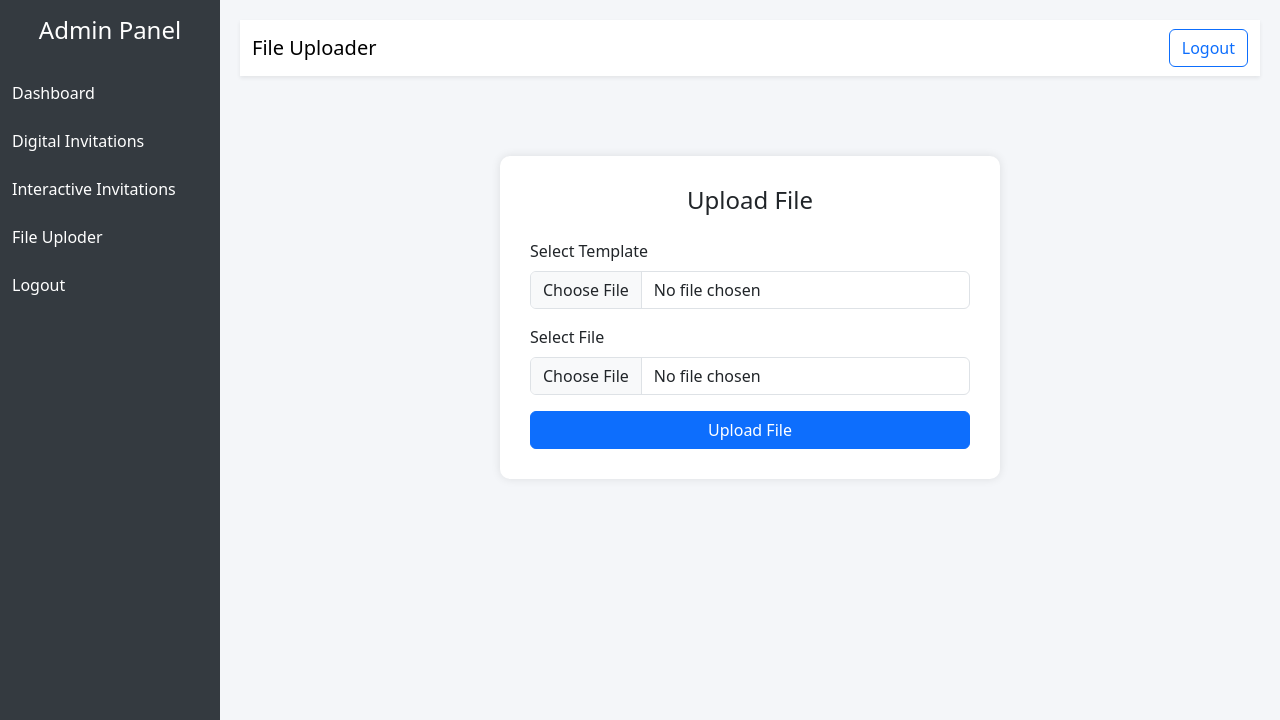
Repository: viraj7551/Flying-Invite-Project
Page: http://localhost/Admin03/file_uploader.jsp
These files come from the project's save history. The page is drawn as it stood at one moment and after the next save; the edit follows.
The browser window is 1280 px wide. The pictures show the whole page.
Some web fonts or font styles are not loaded; a fallback is used. The page is served by Tomcat 9. Other server files are loaded and not shown.

Above is the page before, as saved 2026-05-24 03:20:53.

### Admin03/WebContent/file_uploader.jsp
<!DOCTYPE html>
<html lang="en">
<head>
<meta charset="UTF-8">
<meta name="viewport" content="width=device-width, initial-scale=1.0">

<title>File Uploader</title>
<link rel="preconnect" href="https://fonts.googleapis.com">

<link
	href="https://fonts.googleapis.com/css2?family=Grey+Qo&family=Poppins:ital,wght@0,100;0,200;0,300;0,400;0,500;0,600;0,700;0,800;0,900;1,100;1,200;1,300;1,400;1,500;1,600;1,700;1,800;1,900&display=swap"
	rel="stylesheet">

<!-- Bootstrap CSS -->
<link href="https://cdn.jsdelivr.net/npm/bootstrap@5.3.2/dist/css/bootstrap.min.css" rel="stylesheet">

<style>

body{
background:#f4f6f9;
}

/* Sidebar */
.sidebar{
height:100vh;
background:#343a40;
color:white;
position:fixed;
width:220px;
}

.sidebar a{
color:white;
text-decoration:none;
display:block;
padding:12px;
}

.sidebar a:hover{
background:#495057;
}

/* Content */
.content{
margin-left:220px;
padding:20px;
}

/* Cards */
.card-box{
border-radius:10px;
color:white;
padding:20px;
}

.bg-blue{background:#0d6efd;}
.bg-green{background:#198754;}
.bg-orange{background:#fd7e14;}
.bg-red{background:#dc3545;}

.form-container{
max-width:600px;
margin:auto;
margin-top:60px;
padding:30px;
background:white;
border-radius:10px;
box-shadow:0 0 10px rgba(0,0,0,0.1);
}

.upload-box{
max-width:500px;
margin:80px auto;
padding:30px;
background:white;
border-radius:10px;
box-shadow:0 0 10px rgba(0,0,0,0.1);
}


/* Mobile */
@media(max-width:768px){

.sidebar{
position:relative;
width:100%;
height:auto;
}

.content{
margin-left:0;
}

}
</style>


</head>

<body>

<div class="sidebar">

<h4 class="text-center py-3">Admin Panel</h4>

<a href="dashboard.jsp">Dashboard</a>
<a href="digital_invitation.jsp">Digital Invitations</a>
<a href="interactive_invitation.jsp">Interactive Invitations</a>
<a href="#">File Uploder</a>
<a href="administrator.jsp">Logout</a>

</div>


<div class="content">

<!-- Navbar -->

<nav class="navbar navbar-light bg-white shadow-sm mb-4">
<div class="container-fluid">

<span class="navbar-brand">File Uploader</span>

<a href="administrator.jsp" class="btn btn-outline-primary">Logout</a>

</div>
</nav>



 <!-- ----------------- Form starts here -->

<div class="container">

<div class="upload-box">

<h4 class="text-center mb-4">Upload File</h4>

<form action="FileUploader" method="post" enctype="multipart/form-data">

 <div class="mb-3">
  <label class="form-label">Select Template</label>
      <input type="file" name="file" class="form-control" required>
  </div>


<div class="mb-3">
<label class="form-label">Select File</label>
<input type="file" name="file" class="form-control" required>
</div>

<div class="d-grid">
<button class="btn btn-primary">Upload File</button>
</div>

</form>

</div>

</div>

 <!-- ------------------ Form ends here -->

</div>
<script src="https://cdn.jsdelivr.net/npm/bootstrap@5.3.2/dist/js/bootstrap.bundle.min.js"></script>
</body>
</html>

After the next save:
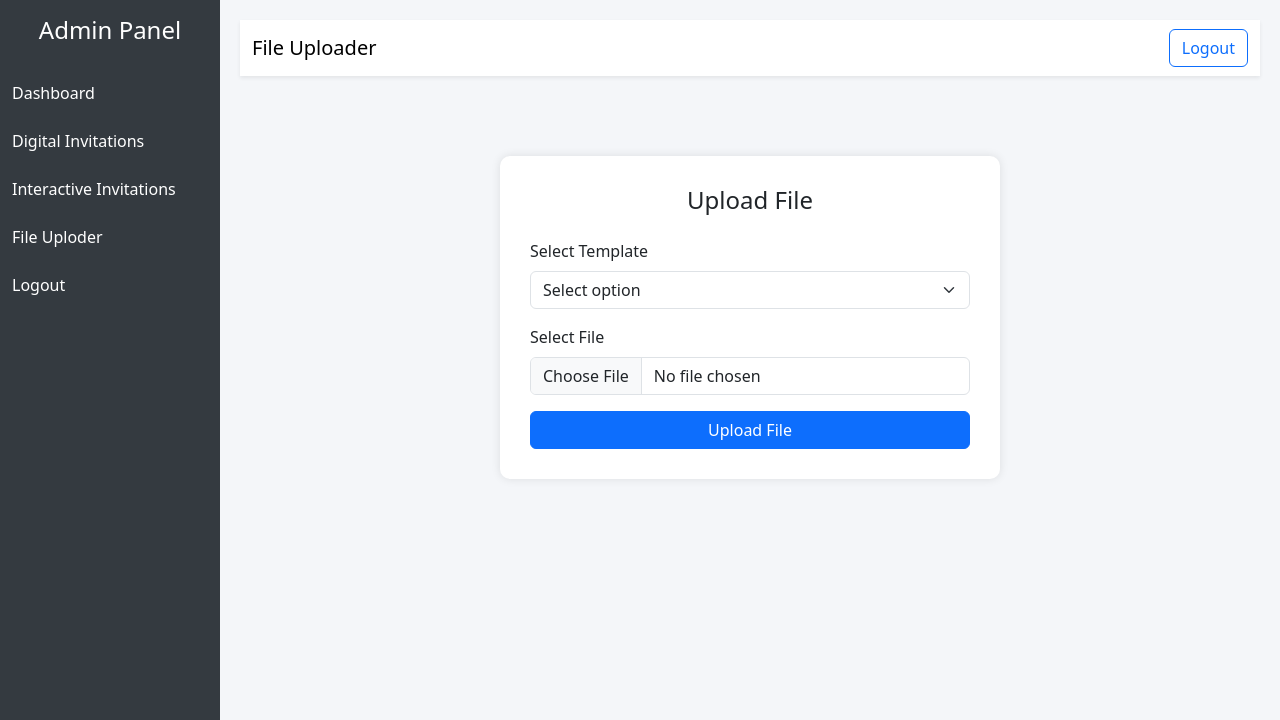
Saved 105 s later.
--- a/Admin03/WebContent/file_uploader.jsp
+++ b/Admin03/WebContent/file_uploader.jsp
@@ -140,7 +140,11 @@ margin-left:0;
 
  <div class="mb-3">
   <label class="form-label">Select Template</label>
-      <input type="file" name="file" class="form-control" required>
+          <select class="form-select" name="template_category_selector">
+             <option selected>Select option</option>
+             <option value="Greeting">Greetings</option>
+             <option value="Invitation">Invitation</option>
+          </select>
   </div>
 
 
